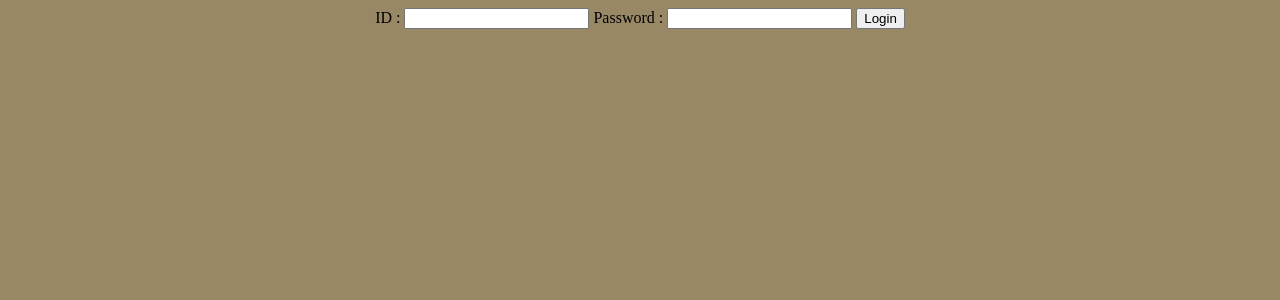
Repository: venkatasanthoshpamuru/Advance_Java_Projects
Page: First_JSP/src/main/webapp/Form.html
The author's editor kept a copy of each file at every save. The page is drawn from the files as they stood at one save, then again after the next save.
The browser window is 1280 px wide. The pictures show the whole page.

Above is the page before, as saved 2024-03-09 06:40:46.

After the next save:
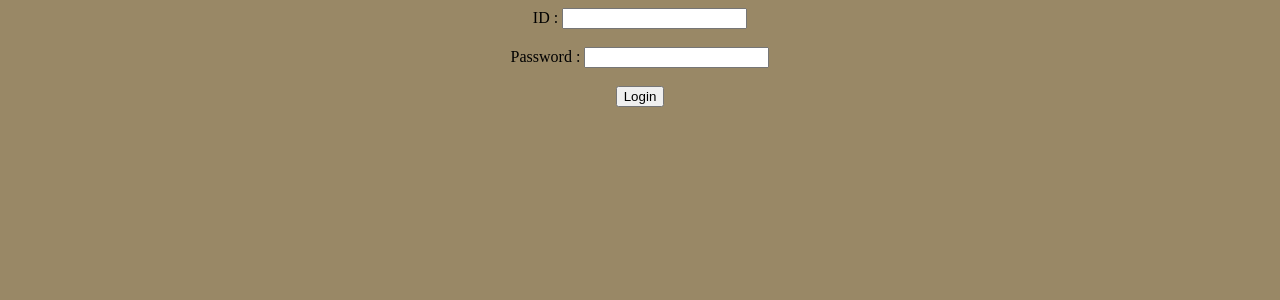
Saved 28 s later.
--- a/First_JSP/src/main/webapp/Form.html
+++ b/First_JSP/src/main/webapp/Form.html
@@ -6,9 +6,9 @@
   <body bgcolor="#986" style="text-align: center;">
     <form method="post" action="">
      <label>ID : </label>
-     <input type="text" name="userid" id="userid" required/>
+     <input type="text" name="userid" id="userid" required/><br><br>
      <label>Password : </label>
-     <input type="password" name="password" id="password" required/>
+     <input type="password" name="password" id="password" required/><br><br>
      <button type="submit">Login</button>
     </form>
   </body>
